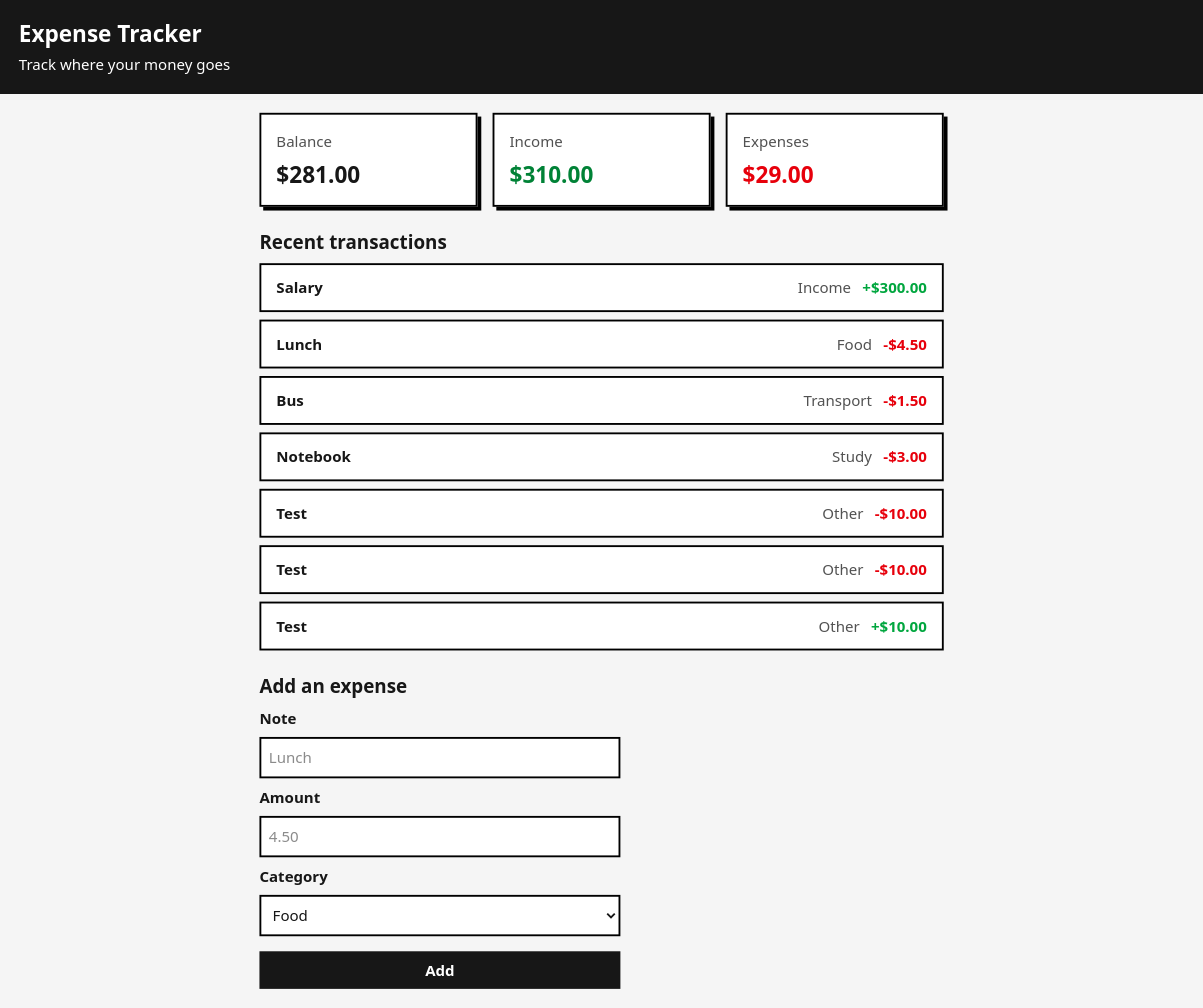
Repository: Keanbunheng/html-basics-Day1_AI
Page: expense-tracker-w2-d4-start/index.html
An editor plug-in stored every save of this project. The page is shown before and after the next save, followed by the edit.
The browser window is 1280 px wide. The pictures show the whole page, at 94% of full size.

Above is the page before, as saved 2026-11-17 21:17:55.

After the next save:
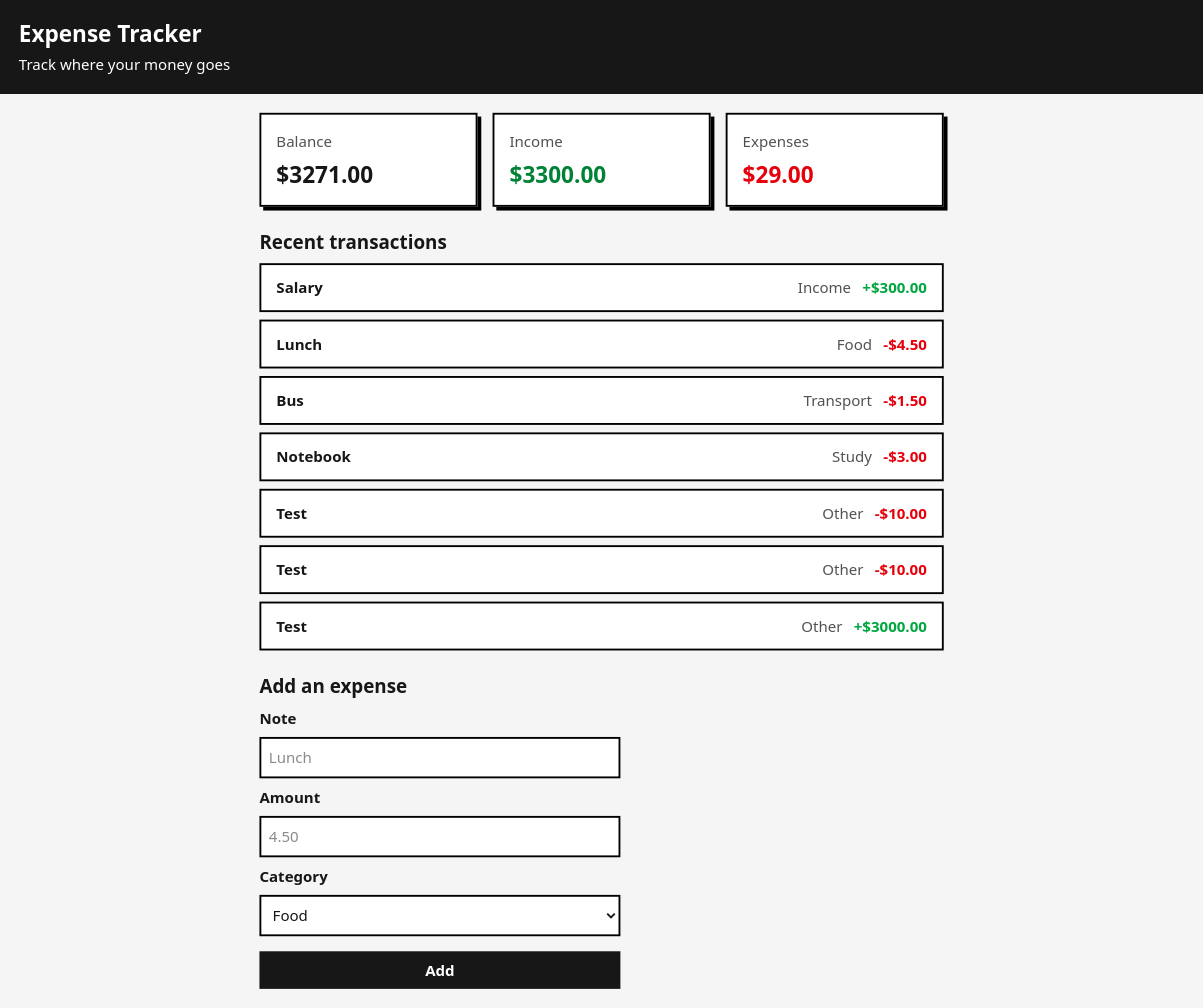
Saved 10 s later.
--- a/expense-tracker-w2-d4-start/app.js
+++ b/expense-tracker-w2-d4-start/app.js
@@ -147,7 +147,7 @@ transactions.push({
   note: 'Test',
   category: 'Other',
   type: 'income',
-  amountCents: 1000,
+  amountCents: 300000,
 });
 
 ListShow();
